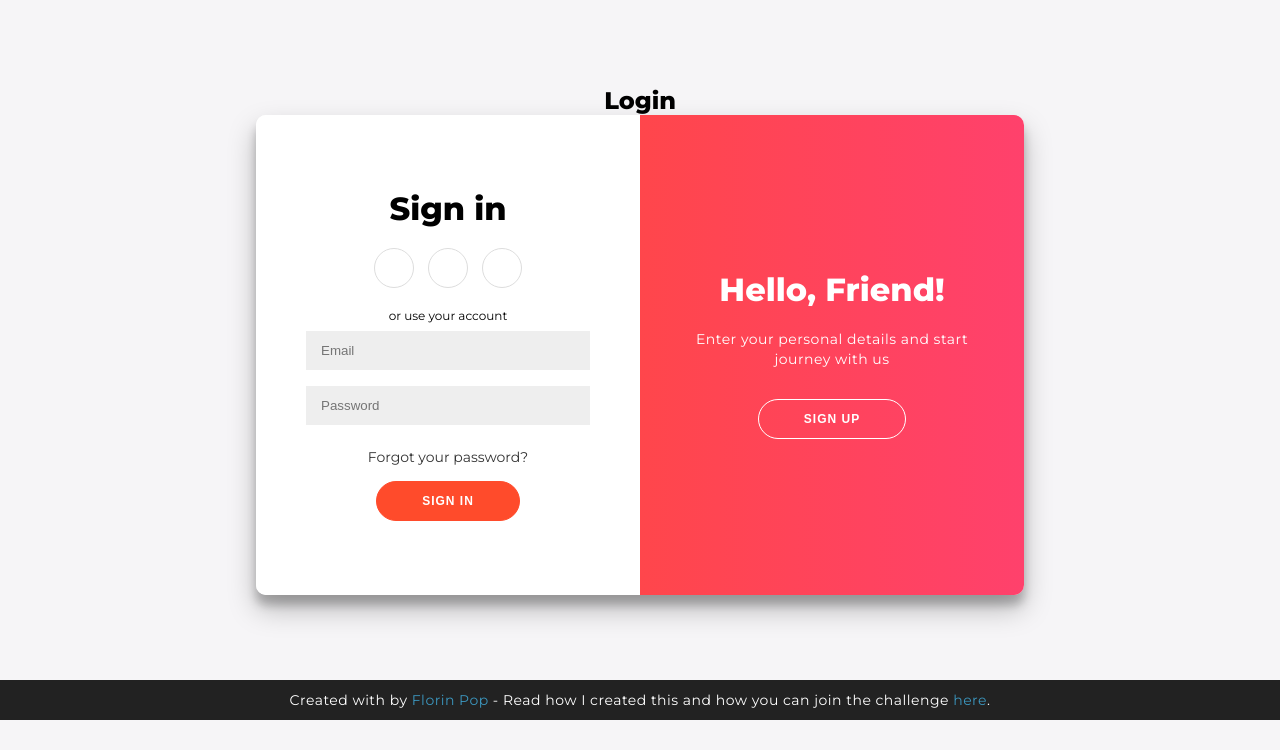
Repository: tranvanthinh/Login_register
Page: index.html
The author's editor kept a copy of each file at every save. The page is drawn from the files as they stood at one save, then again after the next save.
The browser window is 1280 px wide. The pictures show the whole page.

Above is the page before, as saved 2021-12-30 11:13:25.

### index.html
<!DOCTYPE html>
<html lang="en">
<head>
    <meta charset="UTF-8">
    <meta http-equiv="X-UA-Compatible" content="IE=edge">
    <meta name="viewport" content="width=device-width, initial-scale=1.0">
    <title>Document</title>
    <link rel="stylesheet" href="style.css">
</head>
<body>
    <h2>Login</h2>
<div class="container" id="container">
  <div class="form-container sign-up-container">
    <form action="#">
      <h1>Create Account</h1>
      <div class="social-container">
        <a href="#" class="social"><i class="fab fa-facebook-f"></i></a>
        <a href="#" class="social"><i class="fab fa-google-plus-g"></i></a>
        <a href="#" class="social"><i class="fab fa-linkedin-in"></i></a>
      </div>
      <span>or use your email for registration</span>
      <input type="text" placeholder="Name" />
      <input type="email" placeholder="Email" />
      <input type="password" placeholder="Password" />
      <button>Sign Up</button>
    </form>
  </div>
  <div class="form-container sign-in-container">
    <form action="#">
      <h1>Sign in</h1>
      <div class="social-container">
        <a href="#" class="social"><i class="fab fa-facebook-f"></i></a>
        <a href="#" class="social"><i class="fab fa-google-plus-g"></i></a>
        <a href="#" class="social"><i class="fab fa-linkedin-in"></i></a>
      </div>
      <span>or use your account</span>
      <input type="email" placeholder="Email" />
      <input type="password" placeholder="Password" />
      <a href="#">Forgot your password?</a>
      <button>Sign In</button>
    </form>
  </div>
  <div class="overlay-container">
    <div class="overlay">
      <div class="overlay-panel overlay-left">
        <h1>Welcome Back!</h1>
        <p>To keep connected with us please login with your personal info</p>
        <button class="ghost" id="signIn">Sign In</button>
      </div>
      <div class="overlay-panel overlay-right">
        <h1>Hello, Friend!</h1>
        <p>Enter your personal details and start journey with us</p>
        <button class="ghost" id="signUp">Sign Up</button>
      </div>
    </div>
  </div>
</div>

<footer>
  <p>
    Created with <i class="fa fa-heart"></i> by
    <a target="_blank" href="https://florin-pop.com">Florin Pop</a>
    - Read how I created this and how you can join the challenge
    <a target="_blank" href="https://www.florin-pop.com/blog/2019/03/double-slider-sign-in-up-form/">here</a>.
  </p>
</footer>
</body>
</html>

### style.css
@import url('https://fonts.googleapis.com/css?family=Montserrat:400,800');

* {
  margin: 0;
  padding: 0;
  box-sizing: border-box;
}

body {
  background: #f6f5f7;
  display: flex;
  justify-content: center;
  align-items: center;
  flex-direction: column;
  font-family: 'Montserrat', sans-serif;
  height: 100vh;
  margin: -20px 0 50px;
}

h1 {
  font-weight: bold;
  margin: 0;
}

h2 {
  text-align: center;
}

p {
  font-size: 14px;
  font-weight: 100;
  line-height: 20px;
  letter-spacing: 0.5px;
  margin: 20px 0 30px;
}

span {
  font-size: 12px;
}

a {
  color: #333;
  font-size: 14px;
  text-decoration: none;
  margin: 15px 0;
}

button {
  border-radius: 20px;
  border: 1px solid #FF4B2B;
  background-color: #FF4B2B;
  color: #FFFFFF;
  font-size: 12px;
  font-weight: bold;
  padding: 12px 45px;
  letter-spacing: 1px;
  text-transform: uppercase;
  transition: transform 80ms ease-in;
}

button:active {
  transform: scale(0.9);
}

button:focus {
  outline: none;
}

button.ghost {
  background-color: transparent;
  border-color: #FFFFFF;
}

form {
  background-color: #FFFFFF;
  display: flex;
  align-items: center;
  justify-content: center;
  flex-direction: column;
  padding: 0 50px;
  height: 100%;
  text-align: center;
}

input {
  background-color: #eee;
  border: none;
  padding: 12px 15px;
  margin: 8px 0;
  width: 100%;
}

.container {
  background-color: #fff;
  border-radius: 10px;
  box-shadow: 0 14px 28px rgba(0,0,0,0.25),
      0 10px 10px rgba(0,0,0,0.22);
  position: relative;
  overflow: hidden;
  width: 768px;
  max-width: 100%;
  min-height: 480px;
}

.form-container {
  position: absolute;
  top: 0;
  height: 100%;
  transition: all 0.6s ease-in-out;
}

.sign-in-container {
  left: 0;
  width: 50%;
  z-index: 2;
}

.container.right-panel-active .sign-in-container {
  transform: translateX(100%);
}

.sign-up-container {
  left: 0;
  width: 50%;
  opacity: 0;
  z-index: 1;
}

.container.right-panel-active .sign-up-container {
  transform: translateX(100%);
  opacity: 1;
  z-index: 5;
  animation: show 0.6s;
}

@keyframes show {
  0%, 49.99% {
    opacity: 0;
    z-index: 1;
  }

  50%, 100% {
    opacity: 1;
    z-index: 5;
  }
}

.overlay-container {
  position: absolute;
  top: 0;
  left: 50%;
  width: 50%;
  height: 100%;
  overflow: hidden;
  transition: transform 0.6s ease-in-out;
  z-index: 100;
}

.container.right-panel-active .overlay-container{
  transform: translateX(-100%);
}

.overlay {
  background: #FF416C;
  background: -webkit-linear-gradient(to right, #FF4B2B, #FF416C);
  background: linear-gradient(to right, #FF4B2B, #FF416C);
  background-repeat: no-repeat;
  background-size: cover;
  background-position: 0 0;
  color: #FFFFFF;
  position: relative;
  left: -100%;
  height: 100%;
  width: 200%;
    transform: translateX(0);
  transition: transform 0.6s ease-in-out;
}

.container.right-panel-active .overlay {
    transform: translateX(50%);
}

.overlay-panel {
  position: absolute;
  display: flex;
  align-items: center;
  justify-content: center;
  flex-direction: column;
  padding: 0 40px;
  text-align: center;
  top: 0;
  height: 100%;
  width: 50%;
  transform: translateX(0);
  transition: transform 0.6s ease-in-out;
}

.overlay-left {
  transform: translateX(-20%);
}

.container.right-panel-active .overlay-left {
  transform: translateX(0);
}

.overlay-right {
  right: 0;
  transform: translateX(0);
}

.container.right-panel-active .overlay-right {
  transform: translateX(20%);
}

.social-container {
  margin: 20px 0;
}

.social-container a {
  border: 1px solid #DDDDDD;
  border-radius: 50%;
  display: inline-flex;
  justify-content: center;
  align-items: center;
  margin: 0 5px;
  height: 40px;
  width: 40px;
}

footer {
    background-color: #222;
    color: #fff;
    font-size: 14px;
    bottom: 0;
    position: fixed;
    left: 0;
    right: 0;
    text-align: center;
    z-index: 999;
}

footer p {
    margin: 10px 0;
}

footer i {
    color: red;
}

footer a {
    color: #3c97bf;
    text-decoration: none;
}

After the next save:
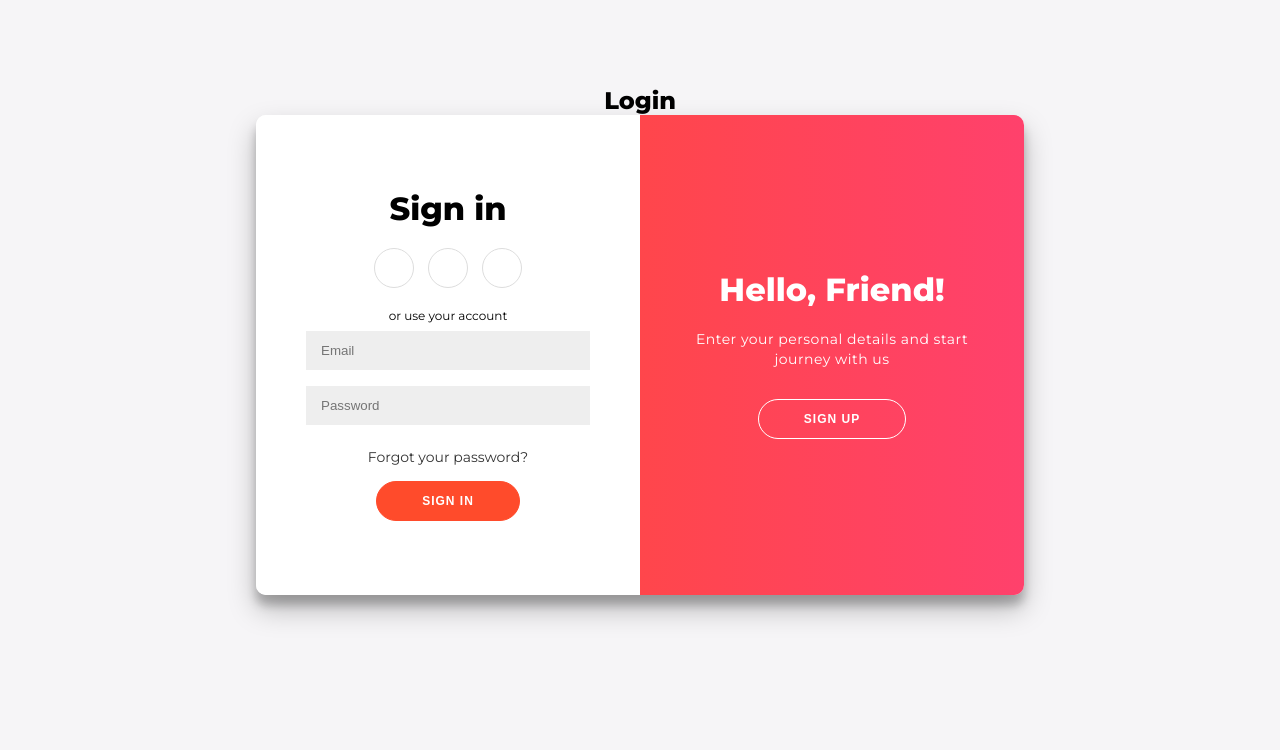
Saved 2 min 55 s later.
--- a/index.html
+++ b/index.html
@@ -55,14 +55,5 @@
     </div>
   </div>
 </div>
-
-<footer>
-  <p>
-    Created with <i class="fa fa-heart"></i> by
-    <a target="_blank" href="https://florin-pop.com">Florin Pop</a>
-    - Read how I created this and how you can join the challenge
-    <a target="_blank" href="https://www.florin-pop.com/blog/2019/03/double-slider-sign-in-up-form/">here</a>.
-  </p>
-</footer>
 </body>
 </html>
